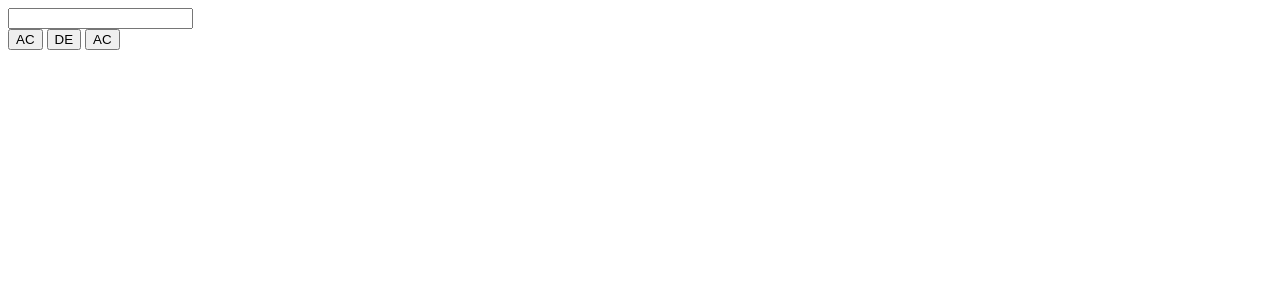
Repository: jerrys-arch/web-calculator
Page: indwx.html
The author's editor kept a copy of each file at every save. The page is drawn from the files as they stood at one save, then again after a run of saves.
The browser window is 1280 px wide. The pictures show the whole page.

Above is the page before, as saved 2024-11-30 04:48:32.

After the next 2 saves:
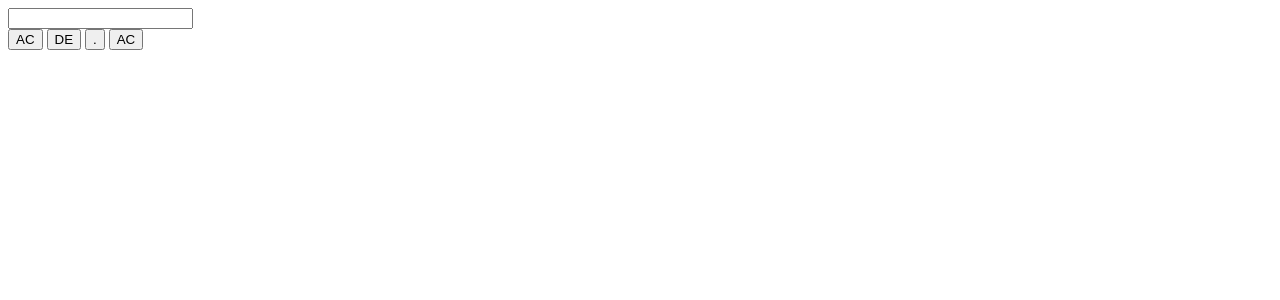
The 2 saves are shown as one change because they came seconds apart.
The last was saved 7 s later.
--- a/indwx.html
+++ b/indwx.html
@@ -14,6 +14,7 @@
             <div>
                 <input type="button" value="AC">
                 <input type="button" value="DE">
+                <input type="button" value=".">
                 <input type="button" value="AC">
             </div>
         </div>
